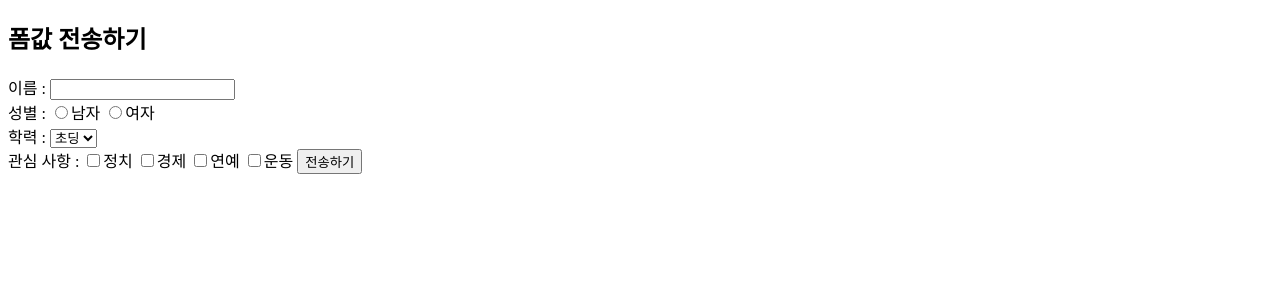
Repository: SteelIndustry/neo
Page: http://localhost/HelloWorld/10EL/FormResult.jsp
The author's editor kept a copy of each file at every save. The page is drawn from the files as they stood at one save, then again after the next save.
The browser window is 1280 px wide. The pictures show the whole page.
The page is served by Tomcat 9.

Above is the page before, as saved 2022-09-08 04:15:03.

After the next save:
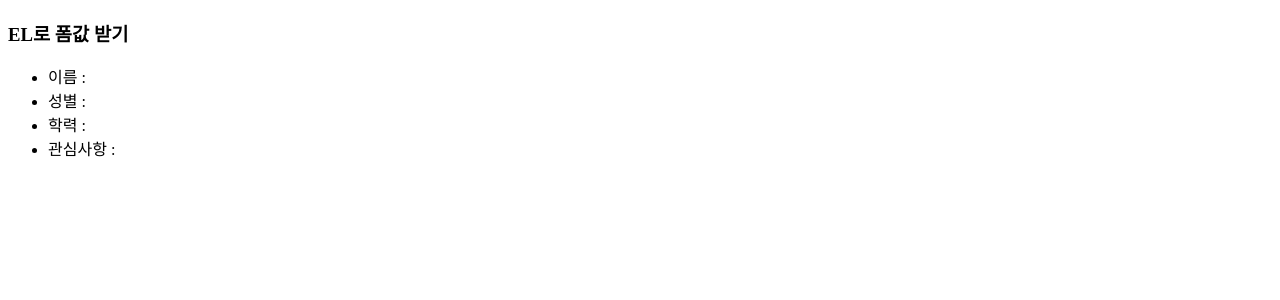
Saved 3 min 27 s later.
--- a/WebJSP/HelloWorld/WebContent/10EL/FormResult.jsp
+++ b/WebJSP/HelloWorld/WebContent/10EL/FormResult.jsp
@@ -8,24 +8,16 @@
 <title>표현 언어(EL) - 폼값 처리</title>
 </head>
 <body>
-	<h2>폼값 전송하기</h2>
-	<form name="frm" method="post" action="FormResult.jsp">
-		이름 : <input type="text" name="name" /><br />
-		성별 : <input type="radio" name="gender" value="Man" />남자
-				<input type="radio" name="gender" value="Woman" />여자<br />
-		학력 :
-			<select name="grade" id="">
-				<option value="ele">초딩</option>
-				<option value="mid">중딩</option>
-				<option value="high">고딩</option>
-				<option value="uni">대딩</option>
-			</select><br />
-		관심 사항 :
-			<input type="checkbox" name="inter" value="pol" />정치
-			<input type="checkbox" name="inter" value="eco" />경제
-			<input type="checkbox" name="inter" value="ent" />연예
-			<input type="checkbox" name="inter" value="spo" />운동
-		<input type="submit" value="전송하기" />
-	</form>
+	<h3>EL로 폼값 받기</h3>
+	<ul>
+		<li>이름 : ${ param.name }</li>
+		<li>성별 : ${ param.gender }</li>
+		<li>학력 : ${ param.grade }</li>
+		<li>관심사항 : ${ paramValues.inter[0] }
+			${ paramValues.inter[1] }
+			${ paramValues.inter[2] }
+			${ paramValues.inter[3] }</li>
+	</ul>
+
 </body>
 </html>
